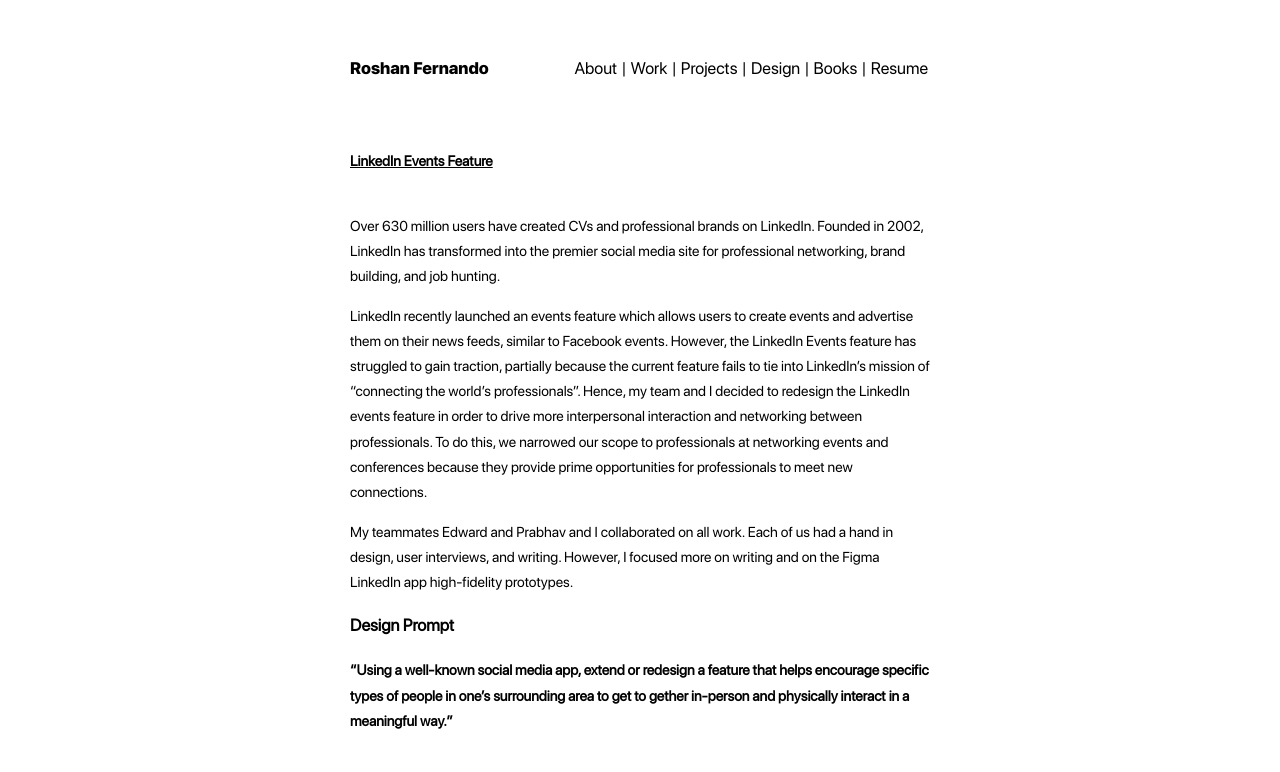
Repository: rdf004/rdf004.github.io
Page: /case1
The author's editor kept a copy of each file at every save. The page is drawn from the files as they stood at one save, then again after the next save.
The browser window is 1280 px wide. The pictures show the whole page.
The project was rebuilt for these pictures with package versions that can differ from the ones it lists, and the page was loaded fresh each time. Also part of the build but not shown: src/Components/About.js, src/Components/Work.js, src/Components/Projects.js, src/Components/Design.js, src/Components/Books.js, src/Components/Resume.js.

Above is the page before, as saved 2019-11-20 20:59:34.

### public/index.html
<!DOCTYPE html>
<html lang="en">
  <head>
    <meta charset="utf-8" />
    <link rel="shortcut icon" href="Startup_Rocket-512.png" />
    <meta name="viewport" content="width=device-width, initial-scale=1" />
    <meta name="theme-color" content="#000000" />
    <meta
      name="description"
      content="Web site created using create-react-app"
    />
    <link rel="apple-touch-icon" href="logo192.png" />
    <!--
      manifest.json provides metadata used when your web app is installed on a
      user's mobile device or desktop. See https://developers.google.com/web/fundamentals/web-app-manifest/
    -->
    <link rel="manifest" href="%PUBLIC_URL%/manifest.json" />
    <!--
      Notice the use of %PUBLIC_URL% in the tags above.
      It will be replaced with the URL of the `public` folder during the build.
      Only files inside the `public` folder can be referenced from the HTML.

      Unlike "/favicon.ico" or "favicon.ico", "%PUBLIC_URL%/favicon.ico" will
      work correctly both with client-side routing and a non-root public URL.
      Learn how to configure a non-root public URL by running `npm run build`.
    -->
    <title>RFizzle's Websizzle</title>
  </head>
  <body>
    <noscript>You need to enable JavaScript to run this app.</noscript>
    <div id="root"></div>
    <!--
      This HTML file is a template.
      If you open it directly in the browser, you will see an empty page.

      You can add webfonts, meta tags, or analytics to this file.
      The build step will place the bundled scripts into the <body> tag.

      To begin the development, run `npm start` or `yarn start`.
      To create a production bundle, use `npm run build` or `yarn build`.
    -->
  </body>
</html>

### src/index.js
import React from 'react';
import ReactDOM from 'react-dom';
import { Route, Link, BrowserRouter as Router } from 'react-router-dom';

import About from './Components/About';
import Work from './Components/Work';
import Projects from './Components/Projects';
import Design from './Components/Design';
import Books from './Components/Books';
import Resume from './Components/Resume';
import Case1 from './Components/Case1';
import * as serviceWorker from './serviceWorker';

const routing = (
    <Router>
      <div>
        <Route exact path="/" component={About} />
        <Route path="/work" component={Work} />
        <Route path="/projects" component={Projects} />
        <Route path="/design" component={Design} />
        <Route path="/books" component={Books} />
        <Route path="/resume" component={Resume} />
        <Route path="/case1" component={Case1} />
      </div>
    </Router>
)

ReactDOM.render(routing, document.getElementById('root'));

// If you want your app to work offline and load faster, you can change
// unregister() to register() below. Note this comes with some pitfalls.
// Learn more about service workers: https://bit.ly/CRA-PWA
serviceWorker.unregister();

### src/Components/Case1.js
import React from 'react';
import Header from './Header';

import '../Style/style.css';

class Case1 extends React.Component {

    render() {
        return (
            <div className="grid-holder">

            <div className="grid-container">
                <Header className="header"/>
                <p className="page-content">
                    <b><u>LinkedIn Events Feature</u></b><br/><br/>
                    <p>Over 630 million users have created CVs and professional brands on LinkedIn. Founded in 2002, LinkedIn has transformed into the premier social media site for professional networking, brand building, and job hunting.</p>
                    <p>LinkedIn recently launched an events feature which allows users to create events and advertise them on their news feeds, similar to Facebook events. However, the LinkedIn Events feature has struggled to gain traction, partially because the current feature fails to tie into LinkedIn’s mission of “connecting the world’s professionals”. Hence, my team and I decided to redesign the LinkedIn events feature in order to drive more interpersonal interaction and networking between professionals. To do this, we narrowed our scope to professionals at networking events and conferences because they provide prime opportunities for professionals to meet new connections.</p>
                    <p>My teammates Edward and Prabhav and I collaborated on all work. Each of us had a hand in design, user interviews, and writing. However, I focused more on writing and on the Figma LinkedIn app high-fidelity prototypes.</p>
                    <h3><b>Design Prompt</b></h3>
                    <p><b>“Using a well-known social media app, extend or redesign a feature that helps encourage specific types of people in one’s surrounding area to get to gether in-person and physically interact in a meaningful way.”</b></p>
                </p>
            </div>

            </div>
        )
    }

}

export default Case1;

### src/Components/Header.js
import React from 'react';
import '../Style/style.css';

class Header extends React.Component {

    render() {
        return (

            <div className="flex-container">
                <p className="name">Roshan Fernando</p>
                <ul className="header-li-elements">
                    <li><a className="list-item-a" href="/">About</a></li>
                    <li>|</li>
                    <li><a className="list-item-a" href="/work">Work</a></li>
                    <li>|</li>
                    <li><a className="list-item-a" href="/projects">Projects</a></li>
                    <li>|</li>
                    <li><a className="list-item-a" href="/design">Design</a></li>
                    <li>|</li>
                    <li><a className="list-item-a" href="/books">Books</a></li>
                    <li>|</li>
                    <li><a className="list-item-a" href="/resume">Resume</a></li>
                </ul>
                <p className="content">{this.about}</p>
            </div>
        )
    }
}

export default Header;

### src/Style/style.css
/* PAGE */

.grid-holder {

}

.grid-container {
    display: grid;
    width: 600px;
    max-width: 100vw;
    margin: auto;

    line-height: 1.75;
}

.page-content {

    font-family: 'SF-Regular';
    font-size: 0.9em;
    color: black;
    padding: 10px;
    padding-top: 0px;
}

/* unvisited link */
.p-a:link {
    color: rgb(105, 196, 248);
    text-decoration: underline;
  }

  /* visited link */
.p-a:visited {
    color: rgb(105, 196, 248);
    text-decoration: underline;
  }

/* mouse over link */
.p-a:hover {
    color: rgb(105, 196, 248);
    text-decoration: underline;
  }

  /* selected link */
.p:active {
    color: rgb(105, 196, 248);
    text-decoration: underline;
  }

/* HEADER */

.flex-container {

    display: flex;
    justify-content: center;
    align-items: center;
    padding-top: 5vh;
    flex-wrap: wrap;

    max-width: inherit;
    min-width: 0;

}


.name {

    text-align: left;
    font-family: 'SF-Heavy';
    color: black;
    font-size: 1.05em;
    max-width: 250px;

    flex: 1;
    padding-left: 10px;

}

.header-li-elements {

    display: flex;
    padding: 0;
    justify-content: flex-end;
    color: black;

    flex: 1;
    padding-right: 10px;

}

li {

    list-style-type: none;
    padding: 2px;
    font-family: 'SF-Regular';
    font-size: 1.05em;
    color: black;

}

.content {
    width: 1000px;
    max-width: inherit;
}

body, html {

    margin: 0;
    padding: 0;
    background-color: white;

}

/* unvisited link */
.list-item-a:link {
    color: black;
    text-decoration: none;
  }

  /* visited link */
.list-item-a:visited {
    color: black;
    text-decoration: none;
  }

/* mouse over link */
.list-item-a:hover {
    color: rgb(0, 162, 255);
    text-decoration: none;
  }

  /* selected link */
.list-item-a:active {
    color: black;
    text-decoration: none;
  }

@font-face {
    src: url('./SF-Pro-Display-Heavy.otf');
    font-family: 'SF-Heavy';
}

@font-face {
    src: url('./SF-Pro-Display-Regular.otf');
    font-family: 'SF-Regular';
}

@font-face {
    src: url('./SF-Pro-Display-Thin.otf');
    font-family: 'SF-Thin';
}

Loaded but not shown: src/serviceWorker.js (common file)

After the next save:
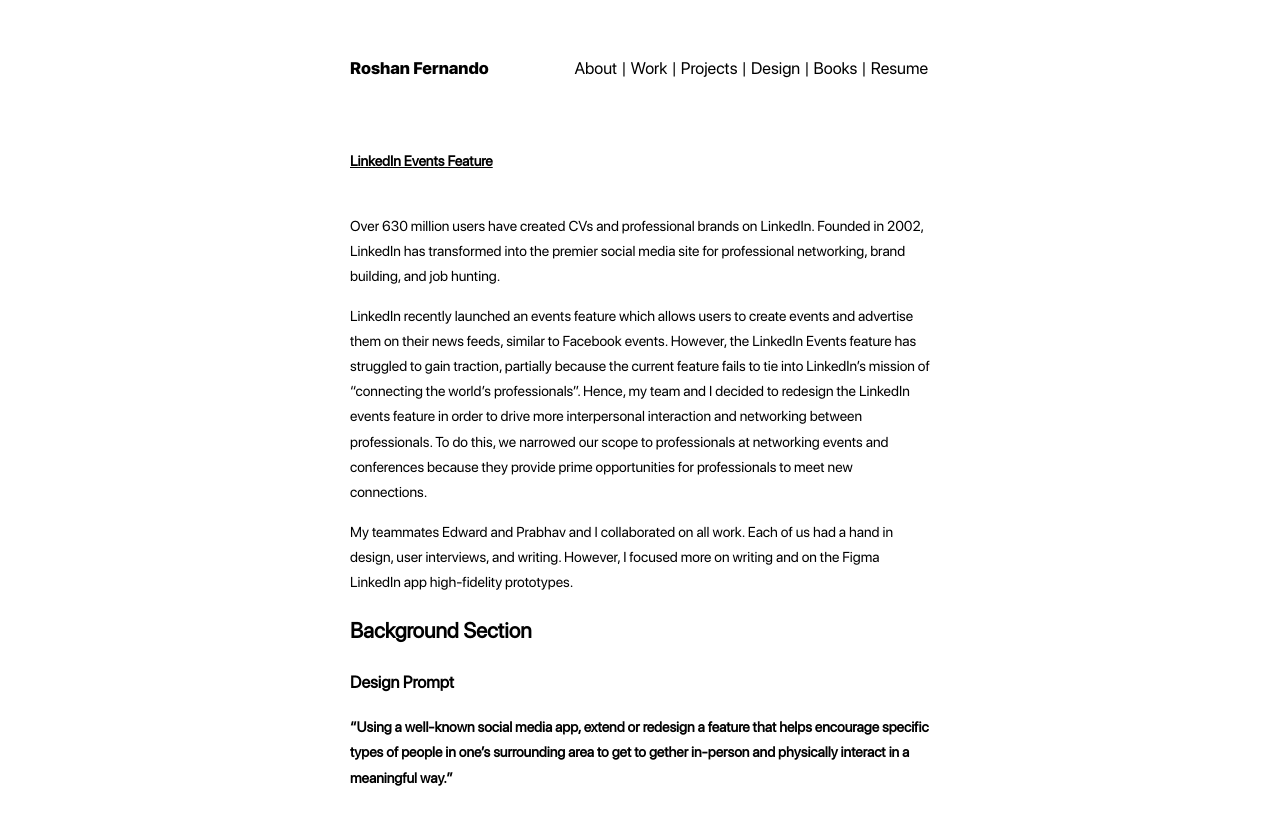
Saved 84 s later.
--- a/src/Components/Case1.js
+++ b/src/Components/Case1.js
@@ -16,8 +16,10 @@
                     <p>Over 630 million users have created CVs and professional brands on LinkedIn. Founded in 2002, LinkedIn has transformed into the premier social media site for professional networking, brand building, and job hunting.</p>
                     <p>LinkedIn recently launched an events feature which allows users to create events and advertise them on their news feeds, similar to Facebook events. However, the LinkedIn Events feature has struggled to gain traction, partially because the current feature fails to tie into LinkedIn’s mission of “connecting the world’s professionals”. Hence, my team and I decided to redesign the LinkedIn events feature in order to drive more interpersonal interaction and networking between professionals. To do this, we narrowed our scope to professionals at networking events and conferences because they provide prime opportunities for professionals to meet new connections.</p>
                     <p>My teammates Edward and Prabhav and I collaborated on all work. Each of us had a hand in design, user interviews, and writing. However, I focused more on writing and on the Figma LinkedIn app high-fidelity prototypes.</p>
+                    <h2>Background Section</h2>
                     <h3><b>Design Prompt</b></h3>
                     <p><b>“Using a well-known social media app, extend or redesign a feature that helps encourage specific types of people in one’s surrounding area to get to gether in-person and physically interact in a meaningful way.”</b></p>
+
                 </p>
             </div>
 
